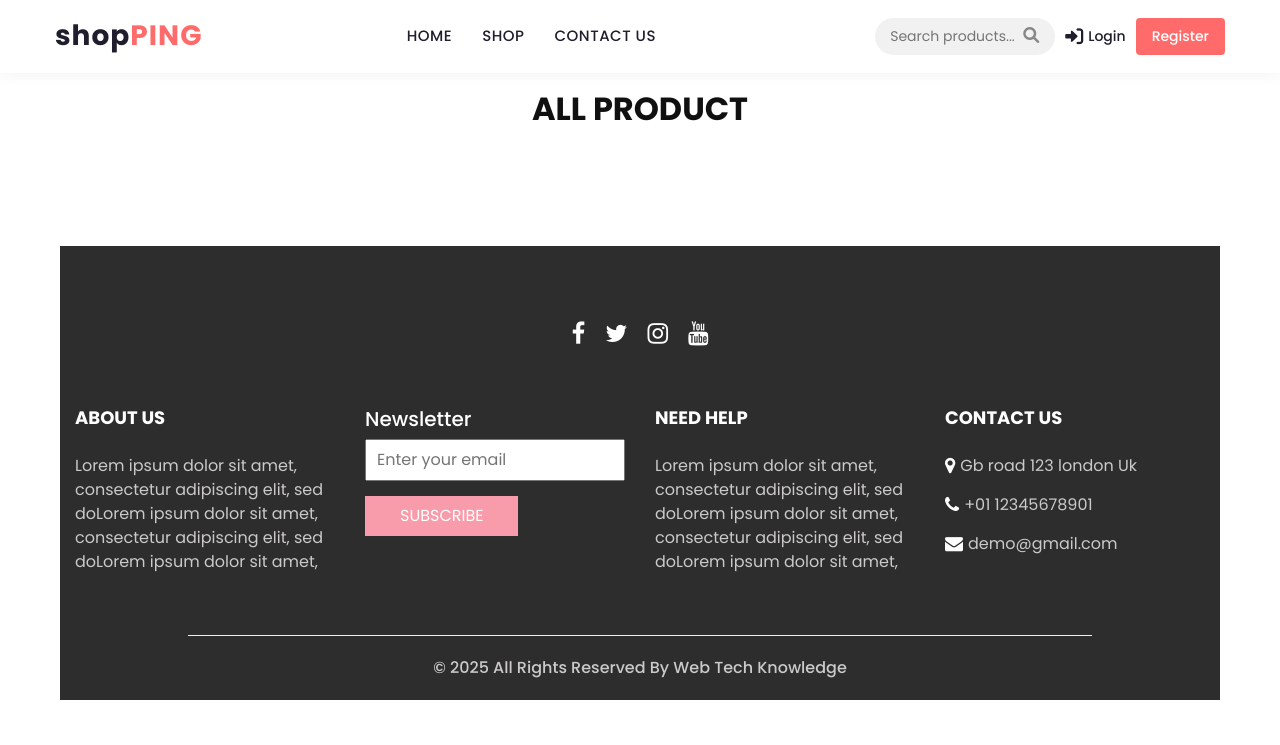
Repository: hahuuchinh2501/ecommerce_project
Page: http://localhost/view_shop
These files come from the project's save history. The page is drawn as it stood at one moment and after the next save; the edit follows.
The browser window is 1280 px wide. The pictures show the whole page.
The page is served by the project's Laravel application, run on PHP 8.4 with Laravel 12. Other server files are loaded and not shown. Queries for data that is not in the repository find no rows.

Above is the page before, as saved 2025-04-09 10:29:18.

### routes/web.php
<?php

use App\Http\Controllers\AdminController;
use App\Http\Controllers\ProfileController;
use App\Http\Controllers\ShopController;
use Illuminate\Support\Facades\Route;

use App\Http\Controllers\HomeController;

route::get('/',[HomeController::class,'home']);

route::get('/dashboard',[HomeController::class,'login_home'])->middleware(['auth', 'verified'])->name('dashboard');

Route::get('/myorders', [HomeController::class, 'myorders'])->middleware(['auth', 'verified']);

// Route::get('/dashboard', function () {
//     return view('home.index');
// })->middleware(['auth', 'verified'])->name('dashboard');

Route::middleware('auth')->group(function () {
    Route::get('/profile', [ProfileController::class, 'edit'])->name('profile.edit');
    Route::patch('/profile', [ProfileController::class, 'update'])->name('profile.update');
    Route::delete('/profile', [ProfileController::class, 'destroy'])->name('profile.destroy');
});

require __DIR__.'/auth.php';


route::get('admin/dashboard',[HomeController::class,'index'])->middleware(['auth','admin']);

route::get('view_category',[AdminController::class,'view_category'])->middleware(['auth','admin']);

route::post('add_category',[AdminController::class,'add_category'])->middleware(['auth','admin']);

route::get('delete_category/{id}',[AdminController::class,'delete_category'])->middleware(['auth','admin']);

route::get('edit_category/{id}',[AdminController::class,'edit_category'])->middleware(['auth','admin']);

route::post('update_category/{id}',[AdminController::class,'update_category'])->middleware(['auth','admin']);



route::get('view_brand',[AdminController::class,'view_brand'])->middleware(['auth','admin']);

route::post('add_brand',[AdminController::class,'add_brand'])->middleware(['auth','admin']);

route::get('delete_brand/{id}',[AdminController::class,'delete_brand'])->middleware(['auth','admin']);

route::get('edit_brand/{id}',[AdminController::class,'edit_brand'])->middleware(['auth','admin']);

route::post('update_brand/{id}',[AdminController::class,'update_brand'])->middleware(['auth','admin']);



route::get('add_product',[AdminController::class,'add_product'])->middleware(['auth','admin']);

route::post('upload_product',[AdminController::class,'upload_product'])->middleware(['auth','admin']);

route::get('view_product',[AdminController::class,'view_product'])->middleware(['auth','admin']);


route::get('delete_product/{id}',[AdminController::class,'delete_product'])->middleware(['auth','admin']);

route::get('update_product/{id}',[AdminController::class,'update_product'])->middleware(['auth','admin']);

route::post('edit_product/{id}',[AdminController::class,'edit_product'])->middleware(['auth','admin']);

route::get('product_search',[AdminController::class,'product_search'])->middleware(['auth','admin']);

Route::get('product_details/{id}', [HomeController::class, 'product_details']);

Route::get('add_cart/{id}', [HomeController::class, 'add_cart'])->middleware(['auth', 'verified']);

Route::post('add_cart/{id}', [HomeController::class, 'add_cart'])->middleware(['auth', 'verified']);

Route::get('mycart', [HomeController::class, 'mycart'])->middleware(['auth', 'verified']);

Route::get('remove_cart/{id}', [HomeController::class, 'remove_cart']);

Route::post('update_cart_quantity/{id}', [HomeController::class, 'update_cart_quantity']);


Route::get('view_shop', [HomeController::class, 'view_shop']);

Route::post('confirm_order', [HomeController::class, 'confirm_order'])->middleware(['auth', 'verified']);

Route::get('view_orders', [AdminController::class, 'view_order'])->middleware(['auth', 'admin']);

Route::get('on_delivery/{id}', [AdminController::class, 'on_delivery'])->middleware(['auth', 'admin']);

Route::get('delivered/{id}', [AdminController::class, 'delivered'])->middleware(['auth', 'admin']);

Route::get('print_pdf/{id}', [AdminController::class, 'print_pdf'])->middleware(['auth', 'admin']);

Route::get('view_users', [AdminController::class, 'view_users'])->middleware(['auth', 'admin']);
Route::get('delete_user/{id}', [AdminController::class, 'delete_user'])->middleware(['auth', 'admin']);

Route::get('delete_order/{id}', [HomeController::class, 'delete_order'])->name('delete_order');

Route::controller(HomeController::class)->group(function(){

    Route::get('stripe/{total}', 'stripe');

    Route::post('stripe', 'stripePost')->name('stripe.post');

});

Route::get('view_contact', [HomeController::class, 'view_contact']);

Route::get('search', [HomeController::class, 'search']);

### app/Http/Controllers/HomeController.php
<?php

namespace App\Http\Controllers;

use Illuminate\Http\Request;

use App\Models\Product;

use App\Models\User;

use Illuminate\Support\Facades\Auth;

use App\Models\Cart;

use App\Models\Order;

use App\Models\Category;

use Stripe;

use Session;

class HomeController extends Controller
{
    public function index()
    {
        return view('admin.index');
    }

    public function home()
    {
        $product = Product::all();

        if(Auth::id()) {
        $user = Auth::user();

        $userid = $user->id;

        $count = Cart::where('user_id', $userid)->count();
        } else {
            $count = '';
        }



        return view('home.index',compact('product','count'));
    }

    public function login_home() {
          $product = Product::all();

       if(Auth::id()) {
        $user = Auth::user();

        $userid = $user->id;

        $count = Cart::where('user_id', $userid)->count();
        } else {
            $count = '';
        }

        return view('home.index',compact('product','count'));
    }

    public function product_details($id)
{
    $data = Product::find($id);

      if(Auth::id()) {
        $user = Auth::user();

        $userid = $user->id;

        $count = Cart::where('user_id', $userid)->count();
        } else {
            $count = '';
        }

    return view('home.product_details',compact('data','count'));
}

public function add_cart(Request $request, $id)
{
    $product_id = $id;
    $user = Auth::user();
    $user_id = $user->id;

    // Lấy số lượng từ request, mặc định là 1 nếu không có
    $quantity = $request->quantity ?? 1;

    // Kiểm tra xem sản phẩm đã có trong giỏ hàng chưa
    $existing_cart = Cart::where('user_id', $user_id)
                         ->where('product_id', $product_id)
                         ->first();

    if ($existing_cart) {
        // Nếu sản phẩm đã có trong giỏ hàng, cập nhật số lượng
        $existing_cart->quantity += $quantity;
        $existing_cart->save();
    } else {
        // Nếu chưa có, tạo mới
        $data = new Cart;
        $data->user_id = $user_id;
        $data->product_id = $product_id;
        $data->quantity = $quantity;
        $data->save();
    }

    toastr()->timeOut(10000)->closeButton()->addSuccess('Add product to cart successfully');
    return redirect()->back();
}
    public function mycart() {
       if (Auth::id())
{
    $user = Auth::user();
    $userid = $user->id;
    $count = Cart::where('user_id', $userid)->count();

    $cart = Cart::where('user_id',$userid)->get();
}

return view('home.mycart', compact('count','cart'));
    }

    public function remove_cart($id)
{
    Cart::find($id)->delete();
    return redirect()->back()->with('message', 'Product removed from cart successfully');
}

public function update_cart_quantity(Request $request, $id)
{
    $cart = Cart::find($id);
    $cart->quantity = $request->quantity;
    $cart->save();
    return redirect()->back()->with('message', 'Cart quantity updated successfully');
}
public function view_shop()
{
    $product = Product::all();

        if(Auth::id()) {
        $user = Auth::user();

        $userid = $user->id;

        $count = Cart::where('user_id', $userid)->count();
        } else {
            $count = '';
        }

    return view('home.view_shop',compact('product','count'));
}
public function confirm_order(Request $request)
{
    $name = $request->name;
    $address = $request->address;
    $phone = $request->phone;
    $userid = Auth::user()->id;
    $cart = Cart::where('user_id', $userid)->get();

    foreach ($cart as $carts)
{
    $order = new Order;
    $order->name = $name;
    $order->rec_address = $address;
    $order->phone = $phone;
    $order->user_id = $userid;
    $order->product_id = $carts->product_id;
     $order->quantity = $carts->quantity;
    $order->save();

}

$cart_remove = Cart::where('user_id', $userid)->get();

foreach ($cart_remove as $remove)
{
    $data = Cart::find($remove->id);
    $data->delete();
}
 toastr()->timeOut(10000)->closeButton()->addSuccess('Orders successfully');
 return redirect()->back();
}
public function myorders() {
$user = Auth::user()->id;
$count = Cart::where('user_id', $user)->get()->count();
$order = Order::where('user_id',$user)->get();
return view('home.order', compact('count','order'));
}
public function delete_order($id)
{
    $order = Order::find($id);

    // Check if order exists
    if (!$order) {
        return redirect()->back()->with('message', 'Order not found');
    }

    // Optional: Check if the order belongs to the current user
    if ($order->user_id != Auth::id()) {
        return redirect()->back()->with('message', 'Unauthorized action');
    }

    // Delete the order
    $order->delete();

    // Redirect with success message
    return redirect()->back()->with('message', 'Order Deleted Successfully');
}
public function stripe($total)
{
    return view('home.stripe', compact('total'));
}

public function stripePost(Request $request)
{
    Stripe\Stripe::setApiKey(env('STRIPE_SECRET'));

    // Get the total from the route or form
    $total = $request->input('total', 0);

    // Convert to cents for Stripe
    $amount = (int)($total * 100);

    // Ensure we have a minimum amount (Stripe requires at least 50 cents)
    $amount = max($amount, 50);

    Stripe\Charge::create([
        "amount" => $amount,
        "currency" => "usd",
        "source" => $request->stripeToken,
        "description" => "Payment for order"
    ]);

   $name = Auth::user()->name;
$phone = Auth::user()->phone;
$address = Auth::user()->address;
    $userid = Auth::user()->id;
    $cart = Cart::where('user_id', $userid)->get();

    foreach ($cart as $carts)
{
    $order = new Order;
    $order->name = $name;
    $order->rec_address = $address;
    $order->phone = $phone;
    $order->user_id = $userid;
    $order->product_id = $carts->product_id;
     $order->quantity = $carts->quantity;
     $order->payment_status = "paid";
    $order->save();

}

$cart_remove = Cart::where('user_id', $userid)->get();

foreach ($cart_remove as $remove)
{
    $data = Cart::find($remove->id);
    $data->delete();
}
 toastr()->timeOut(10000)->closeButton()->addSuccess('Orders successfully');
 return redirect('mycart');
}

public function view_contact()
{
    $product = Product::all();

        if(Auth::id()) {
        $user = Auth::user();

        $userid = $user->id;

        $count = Cart::where('user_id', $userid)->count();
        } else {
            $count = '';
        }

    return view('home.view_contact',compact('product','count'));
}

  public function search(Request $request)
    {
        $search_text = $request->input('search_text');

        // Validate the search text
        if(empty($search_text)) {
            return redirect()->back()->with('message', 'Please enter a search term');
        }

        // Search in product title, description, category, and brand
        $products = Product::where('title', 'LIKE', "%{$search_text}%")
                         ->orWhere('description', 'LIKE', "%{$search_text}%")
                         ->orWhere('category', 'LIKE', "%{$search_text}%")
                         ->orWhere('brand', 'LIKE', "%{$search_text}%")
                         ->paginate(9);

        // Get cart count for authenticated users
        $count = 0;
        if(Auth::check()) {
            $count = Cart::where('user_id', Auth::id())->count();
        }

        return view('home.search_result', compact('products', 'search_text', 'count'));
    }
}

### app/Models/Product.php
<?php

namespace App\Models;

use Illuminate\Database\Eloquent\Factories\HasFactory;
use Illuminate\Database\Eloquent\Model;

class Product extends Model
{
    use HasFactory;

    protected $fillable = [
        'title',
        'description',
        'price',
        'image1',
        'image2',
        'image3',
        'category_id'
    ];

    public function category()
    {
        return $this->belongsTo(Category::class);
    }
}

### resources/views/home/view_shop.blade.php
<!DOCTYPE html>
<html>

<head>
  @include('home.css')
</head>

<body>
  <div class="hero_area">
    <!-- header section strats -->
   @include('home.header')
    <!-- end header section -->
    <!-- slider section -->

    <!-- end slider section -->
  </div>
  <!-- end hero area -->

  <!-- shop section -->

     <section class="shop_section layout_padding">
    <div class="container">
      <div class="heading_container heading_center">
        <h2>
          All Product
        </h2>
      </div>
      <div class="row">
        @foreach($product as $products )


        <div class="col-sm-6 col-md-4 col-lg-3">
          <div class="box">

              <div class="img-box">
                <img src="products/{{ $products->image1 }}" alt="">
              </div>
              <div class="detail-box">
                <h6>
                  {{ $products->title }}
                </h6>
                <h6>
                  Price
                  <span>
                    {{ $products->price }}
                  </span>
                </h6>
              </div>

            <div style="padding:15px">
              <a class="btn btn-dark" style="color: white" href="{{ url('product_details', $products->id) }}">
                Details
              </a>
               <a class="btn btn-white" style="border: 1px solid " href="{{ url('add_cart', $products->id) }}">
                add cart
              </a>
          </div>
          </div>
        </div>
        @endforeach
        </div>
      </div>

    </div>
  </section>

  <!-- end shop section -->







  <!-- contact section -->


  <!-- end contact section -->



  <!-- info section -->

 @include('home.footer')

</body>

</html>

### resources/views/home/header.blade.php
<!DOCTYPE html>
<html lang="en">
<head>
  <meta charset="UTF-8">
  <meta name="viewport" content="width=device-width, initial-scale=1.0">
  <title>shopPING - Fashion Store</title>
  <link href="https://cdnjs.cloudflare.com/ajax/libs/font-awesome/6.0.0-beta3/css/all.min.css" rel="stylesheet">
  @include('home.css')
</head>
<body>
  <header class="header">
    <div class="container">
      <nav class="navbar">
        <div class="brand">
          <a href="{{ url('/') }}" class="logo">shop<span>PING</span></a>
        </div>

        <div class="mobile-toggle">
          <i class="fas fa-bars"></i>
        </div>

        <ul class="nav-menu">
          <li class="nav-item">
            <a href="{{ url('/') }}" class="nav-link">Home</a>
          </li>
          <li class="nav-item dropdown">
            <a href="{{ url('view_shop') }}" class="nav-link">Shop</a>

          </li>

          <li class="nav-item">
            <a href="{{ url('view_contact') }}" class="nav-link">Contact Us</a>
          </li>
        </ul>

        <div class="user-actions">
          @if (Route::has('login'))
            @auth
              <a href="{{ url('myorders') }}" class="action-btn">
                <i class="fas fa-list-ul"></i>
                <span>Orders</span>
              </a>
              <a href="{{ url('mycart') }}" class="action-btn">
                <i class="fas fa-shopping-bag"></i>
                <span>Cart</span>
                <span class="cart-count">{{ $count }}</span>
              </a>
              <form class="search-form" action="{{ url('search') }}" method="GET">
    <input type="text" class="search-input" name="search_text" placeholder="Search products..." required>
    <button type="submit" class="search-btn">
        <i class="fas fa-search"></i>
    </button>
</form>



              <form method="POST" action="{{ route('logout') }}" class="logout-form">
                @csrf
                <button type="submit" class="logout-btn">
                  <i class="fas fa-sign-out-alt"></i>
                  <span>Logout</span>
                </button>
              </form>
              <a style="margin-left: 20px;">welcome: {{ Auth::user()->name }}</a>

            @else
              <form class="search-form" action="{{ url('search') }}" method="GET">
    <input type="text" class="search-input" name="search_text" placeholder="Search products..." required>
    <button type="submit" class="search-btn">
        <i class="fas fa-search"></i>
    </button>
</form>

              <a href="{{ url('/login') }}" class="action-btn" style="margin: 10px;">
                <i class="fas fa-sign-in-alt"></i>
                <span>Login</span>
              </a>
              <a href="{{ url('/register') }}" class="btn btn-primary">Register</a>
            @endauth
          @endif
        </div>
      </nav>
    </div>
  </header>

  <script>

    window.addEventListener('scroll', function() {
      const header = document.querySelector('.header');
      if (window.scrollY > 50) {
        header.classList.add('header-scrolled');
      } else {
        header.classList.remove('header-scrolled');
      }
    });


    const mobileToggle = document.querySelector('.mobile-toggle');
    const navMenu = document.querySelector('.nav-menu');

    if (mobileToggle) {
      mobileToggle.addEventListener('click', function() {
        navMenu.classList.toggle('active');
      });
    }


    const dropdowns = document.querySelectorAll('.dropdown');

    dropdowns.forEach(dropdown => {
      dropdown.addEventListener('click', function(e) {
        if (window.innerWidth < 992) {
          e.preventDefault();
          this.classList.toggle('active');
        }
      });
    });
  </script>
</body>
</html>

### resources/views/home/footer.blade.php
<div class="container-fluid">
<section class="info_section  layout_padding2-top">
    <div class="social_container">
      <div class="social_box">
        <a href="">
          <i class="fa fa-facebook" aria-hidden="true"></i>
        </a>
        <a href="">
          <i class="fa fa-twitter" aria-hidden="true"></i>
        </a>
        <a href="">
          <i class="fa fa-instagram" aria-hidden="true"></i>
        </a>
        <a href="">
          <i class="fa fa-youtube" aria-hidden="true"></i>
        </a>
      </div>
    </div>
    <div class="info_container ">
      <div class="container">
        <div class="row">
          <div class="col-md-6 col-lg-3">
            <h6>
              ABOUT US
            </h6>
            <p>
              Lorem ipsum dolor sit amet, consectetur adipiscing elit, sed doLorem ipsum dolor sit amet, consectetur adipiscing elit, sed doLorem ipsum dolor sit amet,
            </p>
          </div>
          <div class="col-md-6 col-lg-3">
            <div class="info_form ">
              <h5>
                Newsletter
              </h5>
              <form action="#">
                <input type="email" placeholder="Enter your email">
                <button>
                  Subscribe
                </button>
              </form>
            </div>
          </div>
          <div class="col-md-6 col-lg-3">
            <h6>
              NEED HELP
            </h6>
            <p>
              Lorem ipsum dolor sit amet, consectetur adipiscing elit, sed doLorem ipsum dolor sit amet, consectetur adipiscing elit, sed doLorem ipsum dolor sit amet,
            </p>
          </div>
          <div class="col-md-6 col-lg-3">
            <h6>
              CONTACT US
            </h6>
            <div class="info_link-box">
              <a href="">
                <i class="fa fa-map-marker" aria-hidden="true"></i>
                <span> Gb road 123 london Uk </span>
              </a>
              <a href="">
                <i class="fa fa-phone" aria-hidden="true"></i>
                <span>+01 12345678901</span>
              </a>
              <a href="">
                <i class="fa fa-envelope" aria-hidden="true"></i>
                <span> demo@gmail.com</span>
              </a>
            </div>
          </div>
        </div>
      </div>
    </div>
    <!-- footer section -->
    <footer class=" footer_section">
      <div class="container">
        <p>
          &copy; <span id="displayYear"></span> All Rights Reserved By
          <a href="https://html.design/">Web Tech Knowledge</a>
        </p>
      </div>
    </footer>
    <!-- footer section -->

  </section>
  </div>

  <!-- end info section -->


  <script src="{{asset('js/jquery-3.4.1.min.js') }}"></script>
  <script src="{{asset('js/bootstrap.js') }}"></script>
  <script src="https://cdnjs.cloudflare.com/ajax/libs/OwlCarousel2/2.3.4/owl.carousel.min.js">
  </script>
  <script src="{{asset('js/custom.js') }}"></script>

### public/css/responsive.css
@media (max-width: 1120px) {
    .saving_section .detail-box {
        padding: 0;
    }
}

@media (max-width: 992px) {
    .user_option {
        justify-content: center;
        margin-left: 0;
        margin-top: 10px;

    }

    .custom_nav-container {
        flex-direction: row;
    }

    .custom_nav-container .navbar-nav {
        align-items: center;
    }

    #navbarSupportedContent .navbar-nav .nav-link {
        margin: 5px 0;
    }

    .slider_section .detail-box {
        padding-left: 0;
    }

    .slider_section .detail-box h1 {
        font-size: 3rem;
    }

    .slider_section .img-box {
        padding: 0;
    }

    .saving_section .row {
        flex-direction: column-reverse;
    }

    .saving_section .detail-box {

        margin-bottom: 30px;
    }

    .client_section .box {
        margin: 15px 25px;
    }

    .client_section .carousel_btn-box {
        display: flex;
        justify-content: center;
        margin-top: 45px;
    }

    .client_section .carousel-control-prev,
    .client_section .carousel-control-next {
        position: unset;
        margin: 0 2.5px;
        width: 45px;
        height: 45px;
    }
}

@media (max-width: 768px) {
    .hero_area {
        padding: 0 25px;
    }

    .slider_section .img-box {
        margin-bottom: 45px;
    }

    .saving_section,
    .gift_section {
        padding-left: 25px;
        padding-right: 25px;
    }

    .gift_section .box {
        padding: 45px 0;
    }

    .gift_section .img-box {
        padding: 0 15px;
        margin-bottom: 45px;
    }

    .info_section .row>div {
        text-align: center;
        display: flex;
        flex-direction: column;
        align-items: center;

    }

    .info_section {
        margin: 0 25px 25px;
    }


}

@media (max-width: 576px) {
    .contact_section {
        padding-left: 25px;
        padding-right: 25px;
    }
}

@media (max-width: 480px) {

    .saving_section .detail-box,
    .gift_section .detail-box {
        padding: 0 5px;
    }
}

@media (max-width: 420px) {}

@media (max-width: 376px) {}

@media (min-width: 1200px) {
    .container {
        max-width: 1170px;
    }
}

Loaded but not shown: app/Providers/AppServiceProvider.php (common file); routes/auth.php (common file); app/Http/Controllers/Auth/EmailVerificationPromptController.php (common file); app/Http/Controllers/Controller.php (common file); app/Http/Controllers/Auth/VerifyEmailController.php (common file); public/css/bootstrap.css (library); public/js/jquery-3.4.1.min.js (library); public/js/bootstrap.js (library); public/js/custom.js (common file); public/css/font-awesome.min.css (library); public/css/style.css (856 lines, source omitted); resources/views/home/css.blade.php (410 lines, source omitted)

After the next save:
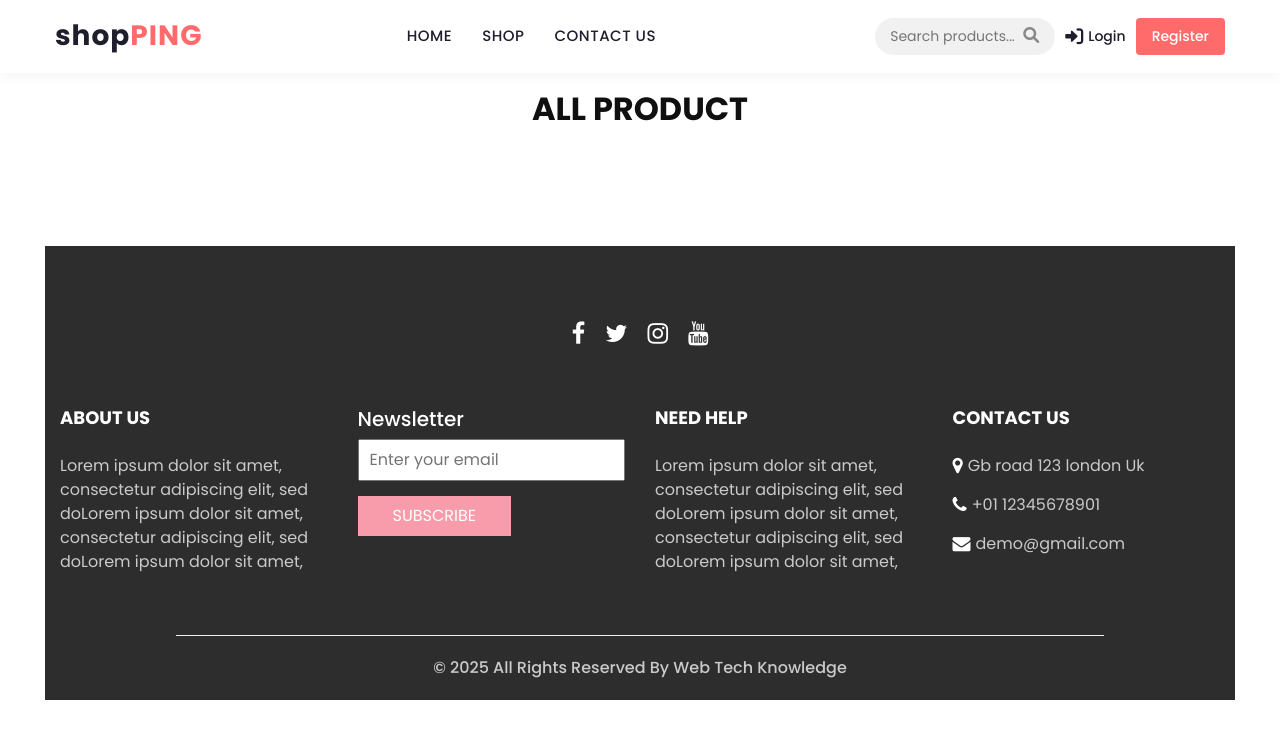
Saved 84 s later.
--- a/resources/views/home/footer.blade.php
+++ b/resources/views/home/footer.blade.php
@@ -1,5 +1,4 @@
-<div class="container-fluid">
-<section class="info_section  layout_padding2-top">
+ <section class="info_section  layout_padding2-top">
     <div class="social_container">
       <div class="social_box">
         <a href="">
@@ -82,7 +81,6 @@
     <!-- footer section -->
 
   </section>
-  </div>
 
   <!-- end info section -->
 
